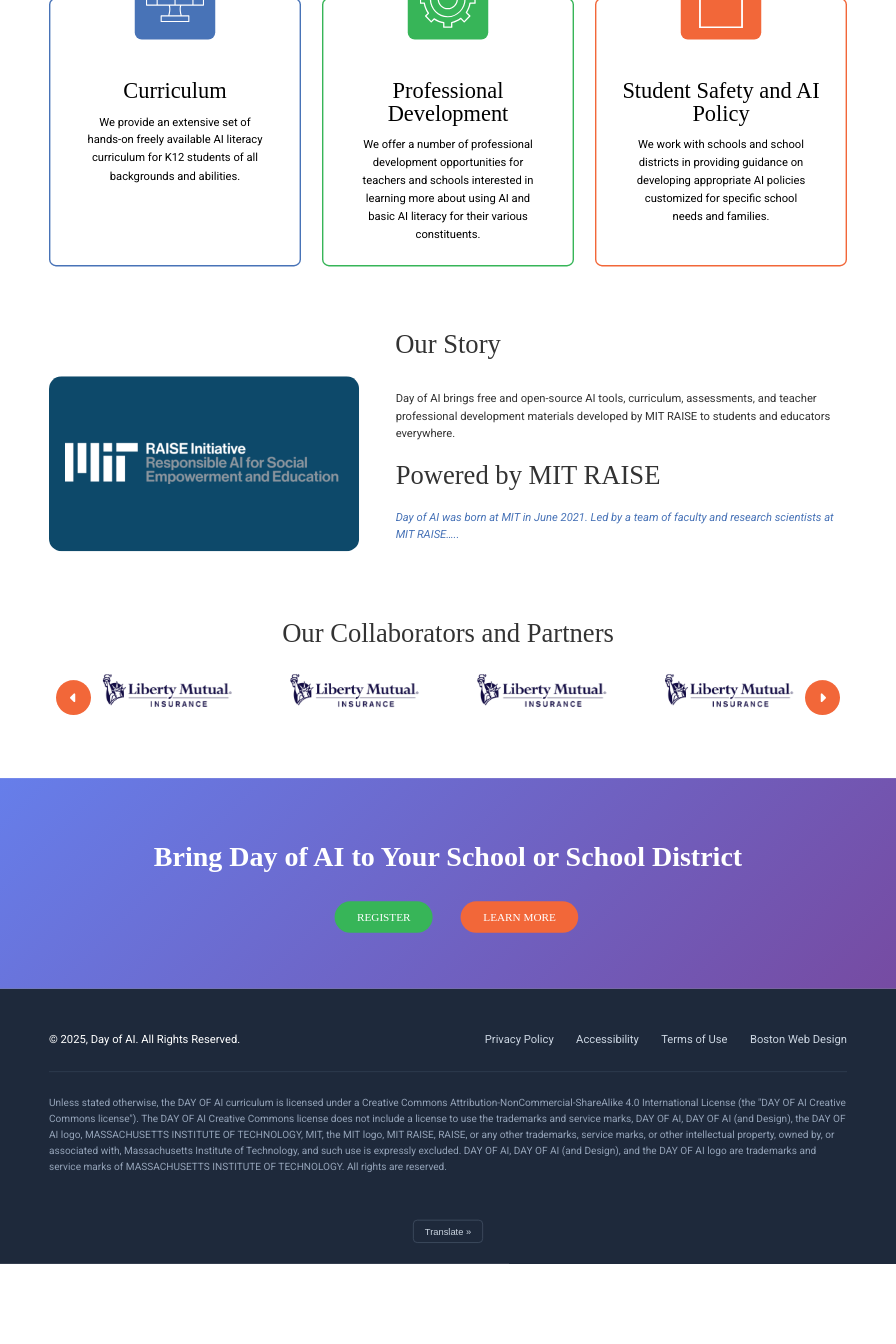
Repository: dinhtri123/dayofai
Page: index.html
These files come from the project's save history. The page is drawn as it stood at one moment and after the next save; the edit follows.
The browser window is 1280 px wide. The pictures show the part of the page from y = 1592 to 3512 px (the page is 3512 px tall), at 70% of full size.
A picture or video elsewhere on the page could not be fetched, so the positions and the page height are approximate. Some web fonts or font styles are not loaded; a fallback is used.

Above is the page before, as saved 2025-06-29 19:31:01.

After the next save:
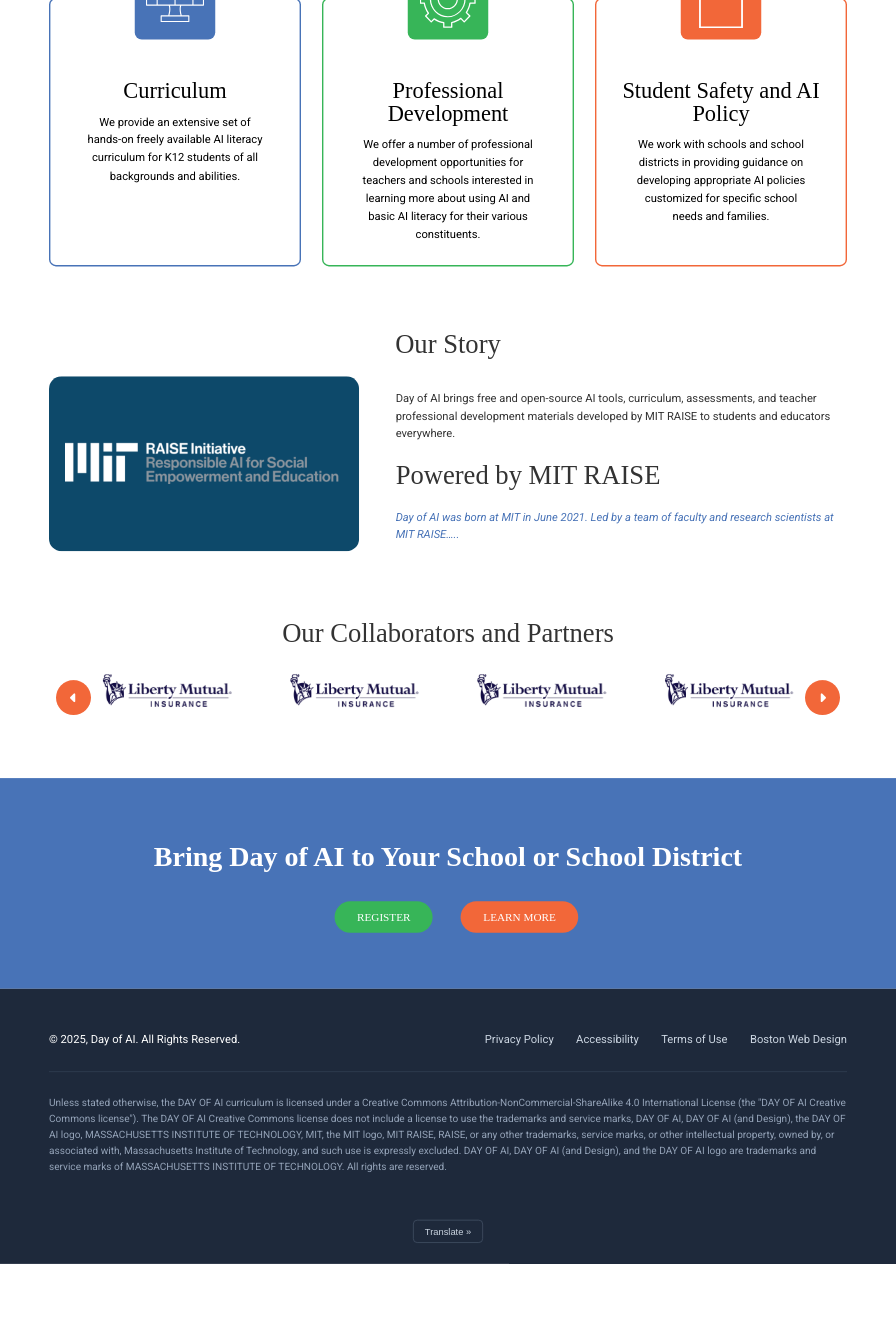
Saved 59 s later.
--- a/styles.css
+++ b/styles.css
@@ -452,7 +452,7 @@
 /* CTA Section */
 .cta {
   padding: 80px 0;
-  background: linear-gradient(135deg, #667eea 0%, #764ba2 100%);
+  background: var(--color-primary);
   color: #fff;
   text-align: center;
 }
